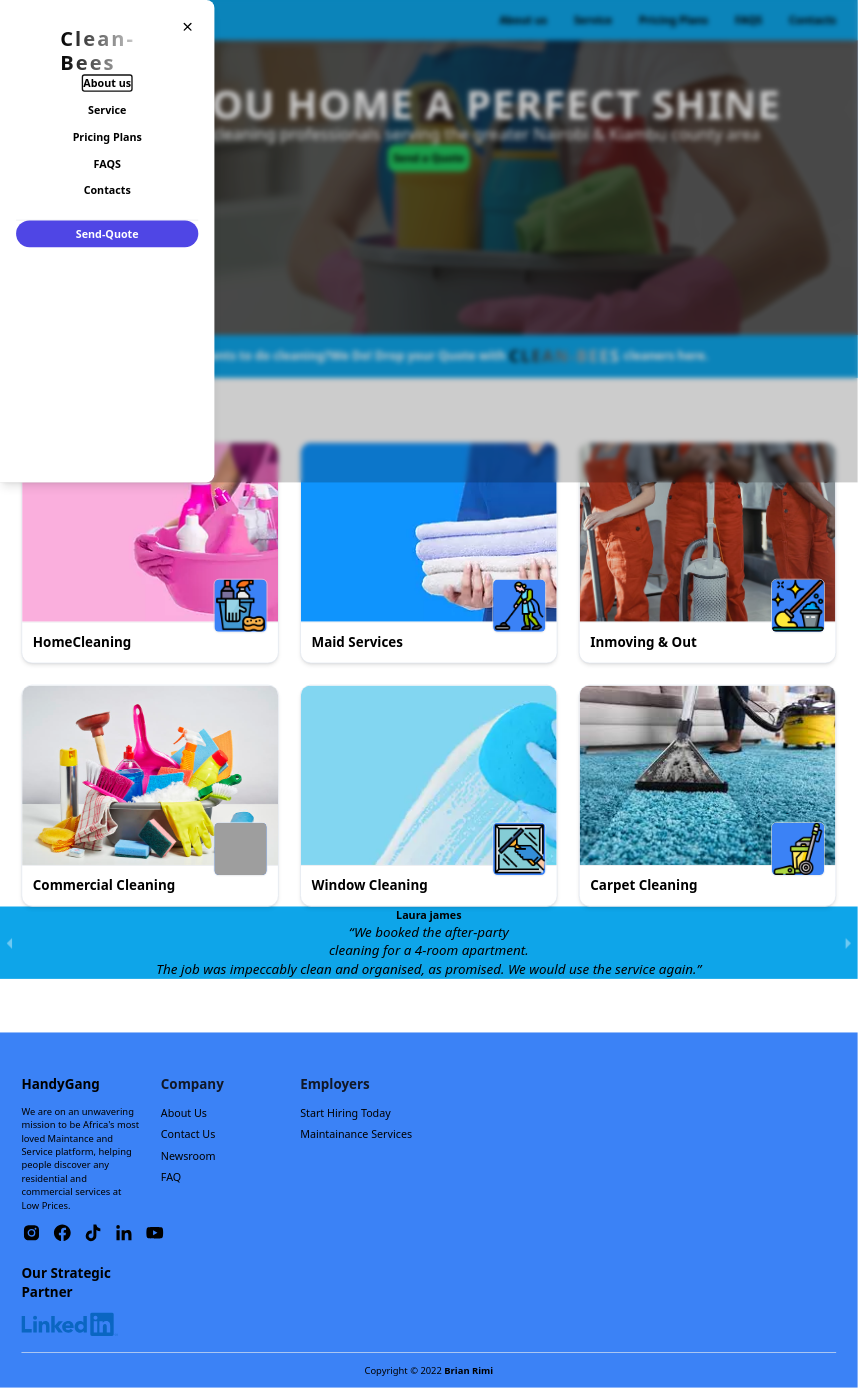
Repository: remydev47/cleanbees
Page: /
An editor plug-in stored every save of this project. The page is shown before and after the next save, followed by the edit.
The browser window is 1280 px wide. The pictures show the whole page, at 67% of full size.
Pictures or frames that could not be fetched are drawn as grey boxes. The project was rebuilt for these pictures with package versions that can differ from the ones it lists, and the page was loaded fresh each time. The framework's server and built-in components were replaced by stand-ins that run in the browser. Also part of the build but not shown: next.config.js.

Above is the page before, as saved 2022-09-19 12:37:41.

After the next save:
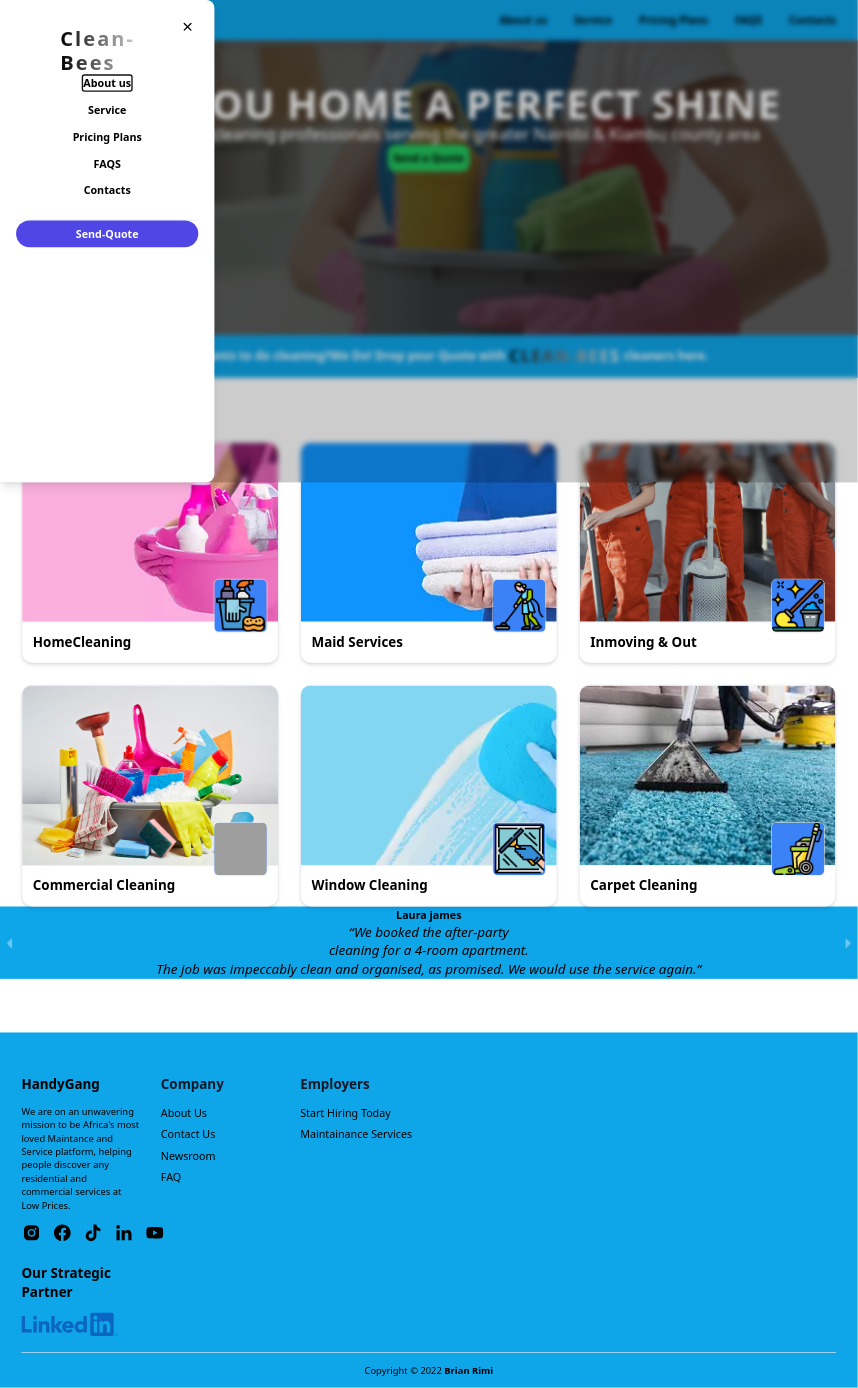
Saved 43 s later.
--- a/components/Footer.tsx
+++ b/components/Footer.tsx
@@ -51,7 +51,7 @@ const footerNav = {
 
   export const Footer = () => {
     return (
-      <footer className="mt-20 bg-blue-500 dark:bg-slate-900">
+      <footer className="mt-20 bg-[#0ea5e9] dark:bg-slate-900">
         <div className="mx-auto max-w-screen-xl px-6 pt-16 sm:px-8">
           <div className="grid grid-cols-1 gap-y-6 gap-x-6 md:!grid-cols-6 md:gap-8 xs:grid-cols-2">
             <div className="mb-4  flex flex-col xs:col-span-2">
